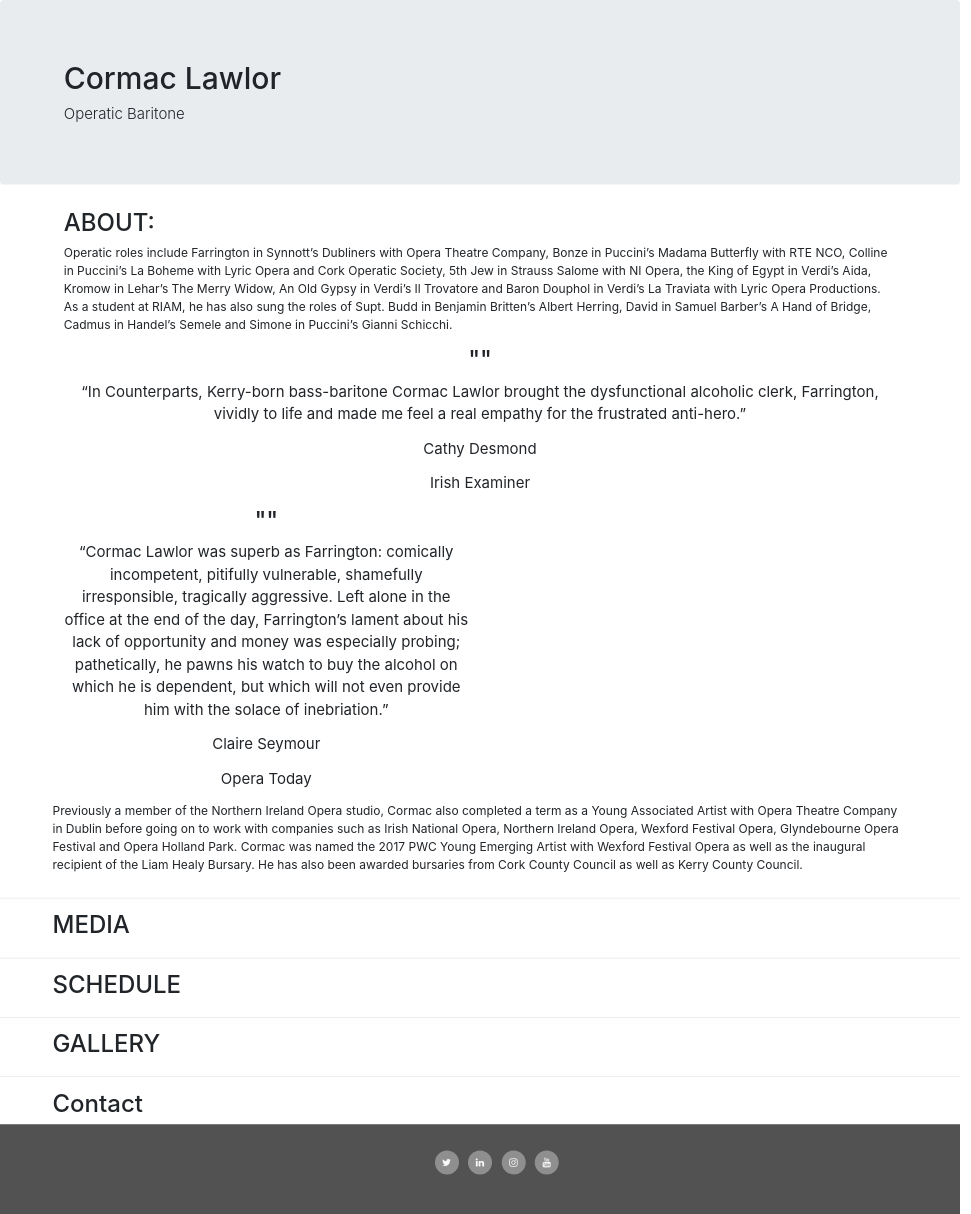
Repository: armedcor/frontend-project
Page: index.html
The author's editor kept a record of every edit. The page is drawn from the files as they stood at one moment, then again after the next edit.
The browser window is 1280 px wide. The page is 1295 px wide, so the pictures cover 1295 px, including what lies to the right of the window. The pictures show the whole page, at 75% of full size.

Above is the page before.

After the next edit:
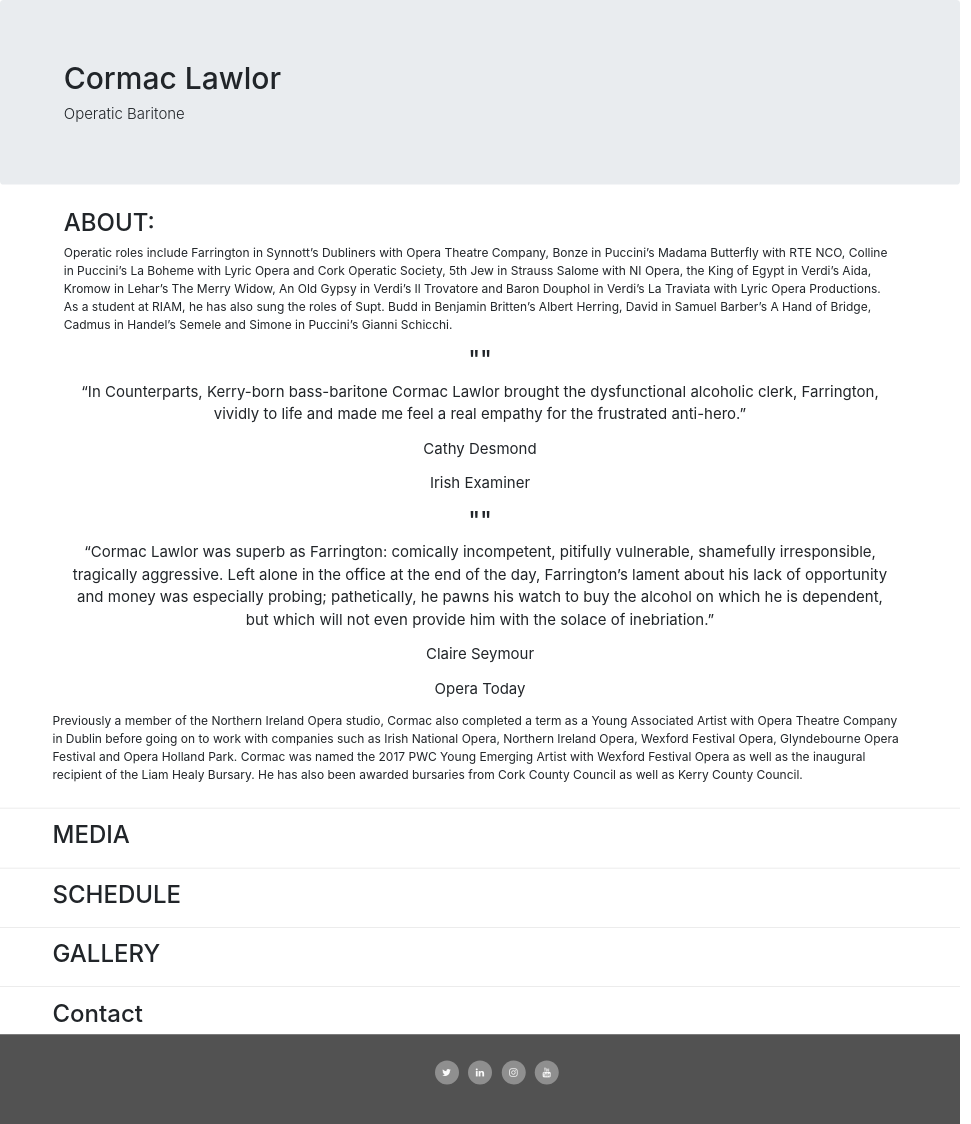
The edit:
--- a/index.html
+++ b/index.html
@@ -59,7 +59,7 @@
                     <p class="quote-location">Irish Examiner</p>
                 </blockquote>
             </div>
-            <div class="col-6 col-xs-12">
+            <div class="col-12 col-xs-12">
                 <blockquote class="blockquote">
                     <h2>""</h2>
                     <p="quote-text">“Cormac Lawlor was superb as Farrington: comically incompetent, pitifully vulnerable, shamefully irresponsible, tragically aggressive. Left alone in the office at the end of the day, Farrington’s lament about his lack of opportunity
